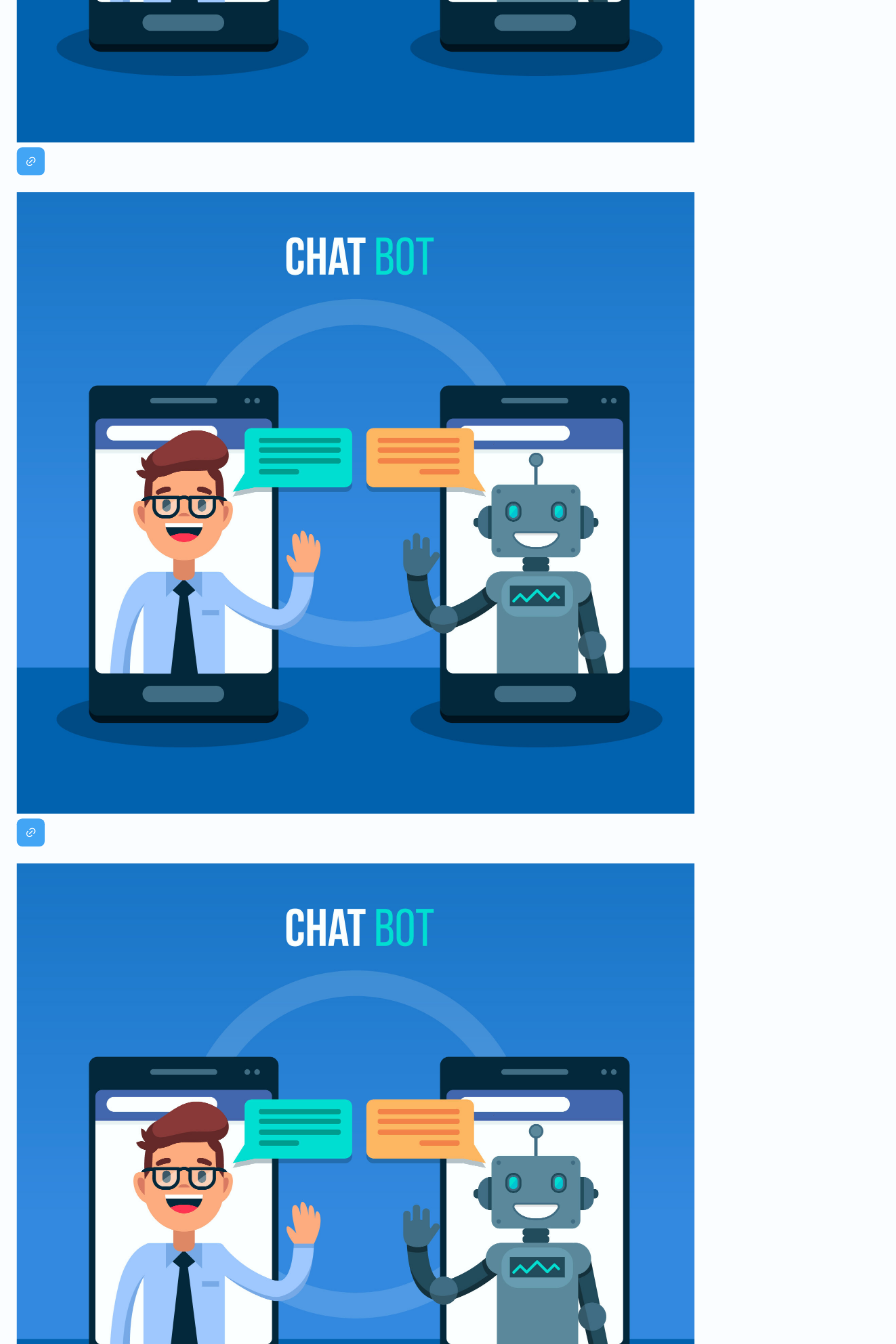
Repository: Kaii-Dev/Porfolio
Page: index.html
An editor plug-in stored every save of this project. The page is shown before and after the next save, followed by the edit.
The browser window is 1280 px wide. The pictures show the part of the page from y = 2139 to 4059 px (the page is 5374 px tall before and 5326 px after), at 70% of full size.
A picture or video elsewhere on the page could not be fetched, so the positions and the page height are approximate. Some web libraries are served in a nearby version.

Above is the page before, as saved 2022-04-12 16:23:34.

### index.html
<!DOCTYPE html>
<html lang="en">
  <head>
    <meta charset="UTF-8" />
    <meta http-equiv="X-UA-Compatible" content="IE=edge" />
    <meta name="viewport" content="width=device-width, initial-scale=1.0" />
    <title>Portfolio</title>
    <link
      href="https://cdn.jsdelivr.net/npm/remixicon@2.2.0/fonts/remixicon.css"
      rel="stylesheet"
    />
    <link rel="stylesheet" href="./Assets/css/app.css" />
  </head>
  <body>
    <!-- HEADER PROFILE -->
    <header class="profile container">
      <div class="profile__container grid">
        <div class="profile__data">
          <div class="profile__border">
            <div class="profile__perfil">
              <img src="./Assets/img/perfil.jpeg" alt="" />
            </div>
          </div>

          <h2 class="profile__name">Khai Le</h2>
          <h3 class="profile__profession">Front-End Developer</h3>
          <ul class="profile__social">
            <a
              href="https://www.linkedin.com/in/le-khai-68b2921b0/"
              target="_blank"
              class="profile__social-link"
            >
              <i class="ri-linkedin-box-line"></i>
            </a>
            <a
              href="https://www.facebook.com/lkakaizy"
              target="_blank"
              class="profile__social-link"
            >
              <i class="ri-facebook-circle-line"></i>
            </a>
            <a
              href="https://github.com/Kaii-Dev"
              target="_blank"
              class="profile__social-link"
            >
              <i class="ri-github-line"></i>
            </a>
          </ul>
        </div>
        <div class="profile__info grid">
          <div class="profile__info group">
            <h3 class="profile__info-number">2</h3>
            <p class="profile__info-description">
              Language <br />
              certification
            </p>
          </div>
          <div class="profile__info group">
            <h3 class="profile__info-number">+10</h3>
            <p class="profile__info-description">
              Completed <br />
              projects
            </p>
          </div>
          <div class="profile__info group">
            <h3 class="profile__info-number">1</h3>
            <p class="profile__info-description">
              University's <br />
              scholarship
            </p>
          </div>
        </div>

        <div class="profile__buttons">
          <!-- insert cv -->
          <a download="" href="./Assets/pdf/" class="button">
            Download CV <i class="ri-download-line"></i>
          </a>

          <div class="profile__buttons-small">
            <!-- insert phone number -->
            <a
              href="tel: 0842454228"
              target="_blank"
              class="button button__small button__gray"
            >
              <i class="ri-phone-line"></i>
            </a>
            <a
              href="https://m.me/lkakaizy"
              target="_blank"
              class="button button__small button__gray"
            >
              <i class="ri-messenger-line"></i>
            </a>
          </div>
        </div>
      </div>
    </header>
    <!-- MAIN -->
    <main class="main">
      <section class="filters container">
        <!-- FILTERS TABS -->
        <ul class="filters__contents">
          <button class="filters__button" data-target="#projects">
            Projects
          </button>
          <button class="filters__button" data-target="#skills">Skills</button>
        </ul>
        <div class="filters__sections">
          <!-- PROJECTS -->
          <div class="projects__content grid" data-content id="projects">
            <article>
              <img src="./Assets/img/pic1.jpeg" alt="" class="projects__img" />
              <div class="projects__modal">
                <div class="">
                  <span class="projects__subtitle"></span>
                  <h3 class="projects__title"></h3>
                  <a href="" class="projects__button button button__small">
                    <i class="ri-link"></i>
                  </a>
                </div>
              </div>
            </article>

            <article>
              <img src="./Assets/img/pic1.jpeg" alt="" class="projects__img" />
              <div class="projects__modal">
                <div class="">
                  <span class="projects__subtitle"></span>
                  <h3 class="projects__title"></h3>
                  <a href="" class="projects__button button button__small">
                    <i class="ri-link"></i>
                  </a>
                </div>
              </div>
            </article>

            <article>
              <img src="./Assets/img/pic1.jpeg" alt="" class="projects__img" />
              <div class="projects__modal">
                <div class="">
                  <span class="projects__subtitle"></span>
                  <h3 class="projects__title"></h3>
                  <a href="" class="projects__button button button__small">
                    <i class="ri-link"></i>
                  </a>
                </div>
              </div>
            </article>

            <article>
              <img src="./Assets/img/pic1.jpeg" alt="" class="projects__img" />
              <div class="projects__modal">
                <div class="">
                  <span class="projects__subtitle">Web</span>
                  <h3 class="projects__title">
                     Music Player</h3>
                  <a href="https://kaii-dev.github.io/Music-player/" class="projects__button button button__small">
                    <i class="ri-link"></i>
                  </a>
                </div>
              </div>
            </article>

            <article>
              <img src="./Assets/img/pic1.jpeg" alt="" class="projects__img" />
              <div class="projects__modal">
                <div class="">
                  <span class="projects__subtitle">Web</span>
                  <h3 class="projects__title">Covid ChatBot</h3>
                  <a href="" class="projects__button button button__small">
                    <i class="ri-link"></i>
                  </a>
                </div>
              </div>
            </article>
          </div>
          <!-- SKILLS -->
          <div class="skills__content grid" data-content id="skills"></div>
        </div>
      </section>
    </main>
    <!-- FOOTER -->
    <footer class="footer container"></footer>
    <!-- SCROLL REVEAL -->
    <script src="./Assets/js/app.js"></script>
  </body>
</html>

### Assets/css/app.css
/* GOOGLE FONT */
@import url("https://fonts.googleapis.com/css2?family=Poppins:wght@400;500;600&display=swap");
/* VAR CSS */
:root {
  --hue: 207;
  --sat: 90%;
  --lig: 61%;

  --first-color: hsl(var(--hue), var(--sat), var(--lig));
  --first-color-alt: hsl(var(--hue), var(--sat), 57%);
  --title-color: hsl(var(--hue), 12%, 15%);
  --text-color: hsl(var(--hue), 12%, 45%);
  --text-color-light: hsl(var(--hue), 8%, 75%);
  --text-color-lighten: hsl(var(--hue), 8%, 92%);
  --body-color: hsl(var(--hue), 100%, 99%);
  --container-color: #fff;
  /* font and typography */
  --body-font: "Poppins", sans-serif;
  --h2-font-size: 1.25rem;
  --h3-font-size: 1rem;
  --normal-font-size: 0.938rem;
  --small-font-size: 0.813rem;
  --smaller-font-size: 0.75rem;
}

/* responsive  */
@media screen and (min-width: 986px) {
  :root {
    --h2-font-size: 1.5rem;
    --h3-font-size: 1.25rem;
    --normal-font-size: 1rem;
    --small-font-size: 0.875rem;
    --smaller-font-size: 0.813rem;
  }
}
/*  CSS */
*,
*::before,
*::after {
  box-sizing: border-box;
}
* {
  margin: 0;
}

* {
  box-sizing: border-box;
  padding: 0;
  margin: 0;
}

body {
  font-family: var(--body-font);
  font-size: var(--normal-font-size);
  background-color: var(--body-color);
  color: var(--text-color);
  transition: 0.3s; /* For animation dark mode */
}

h1,
h2,
h3 {
  color: var(--title-color);
  font-weight: 600;
}

ul {
  list-style: none;
}

a {
  text-decoration: none;
}

img {
  max-width: 100%;
  height: auto;
}

/* REUSEBALE CSS */

.container {
  max-width: 968px;
  margin-left: 1.5rem;
  margin-right: 1.5rem;
}
.grid {
  display: grid;
  gap: 1.5rem;
}

/* PROFILE */
.profile {
  position: relative;
  padding-top: 3.5rem;
}

.profile__container {
  row-gap: 2rem;
}

.profile__data {
  display: grid;
  text-align: center;
}

.profile__perfil {
  width: 100px;
  height: 100px;
  background: linear-gradient(
    180deg,
    hsla(var(--hue), var(--sat), var(--lig), 1) 0%,
    hsla(var(--hue), var(--sat), var(--lig), 0.2) 100%
  );
  border-radius: 50%;
  overflow: hidden;
  display: flex;
  align-items: flex-end;
  justify-content: center;
}

.profile__perfil img {
  width: 75px;
}

.profile__border {
  border: 3.5px solid var(--first-color);
  justify-self: center;
  border-radius: 50%;
  display: grid;
  place-items: center;
  margin-bottom: 0.75rem;
}

.profile__name {
  font-size: var(--h2-font-size);
}
.profile__profession {
  font-size: var(--smaller-font-size);
  font-weight: 500;
  color: var(--text-color);
  margin-bottom: 1rem;
}

.profile__social {
  display: flex;
  justify-content: center;
  column-gap: 0.75rem;
  padding: 0 0 0 0px;
}

.profile__social-link {
  font-size: 1.25rem;
  color: var(--title-color);
  transition: 0.3s;
}
.profile__social-link:hover {
  color: var(--first-color);
}

.profile__info {
  grid-template-columns: repeat(3, max-content);
  justify-content: center;
  column-gap: 2.5rem;
}

.profile__info-group {
  font-size: var(--normal-font-size);
  margin-bottom: 0.25rem;
}

.profile__info-description {
  font-size: var(--smaller-font-size);
  font-weight: 500;
}
.profile__buttons,
.profile__buttons-small {
  display: flex;
  align-items: center;
  justify-content: center;
}

.profile__buttons {
  column-gap: 1rem;
}
.profile__buttons-small {
  column-gap: 0.25rem;
}
/* BUTTONS */

.button {
  display: inline-flex;
  align-items: center;
  column-gap: 0.5rem;
  background-color: var(--first-color);
  color: #fff;
  padding: 1.15rem 1.5rem;
  border-radius: 0.5rem;
  transition: 0.3s;
  box-shadow: 0 8px 24px hsla(var(--hue), var(--sat), var(--lig), 0.25);
}

.button:hover {
  background-color: var(--first-color-alt);
}

.button__small {
  padding: 0.75rem;
  box-shadow: none;
}

.button__gray {
  background-color: var(--text-color-lighten);
  color: var(--title-color);
}

.button__gray:hover {
  background-color: var(--text-color-ligh);
  color: var(--title-color);
}

Loaded but not shown: Assets/js/app.js (no copy from this time; the picture is the same without it)

After the next save:
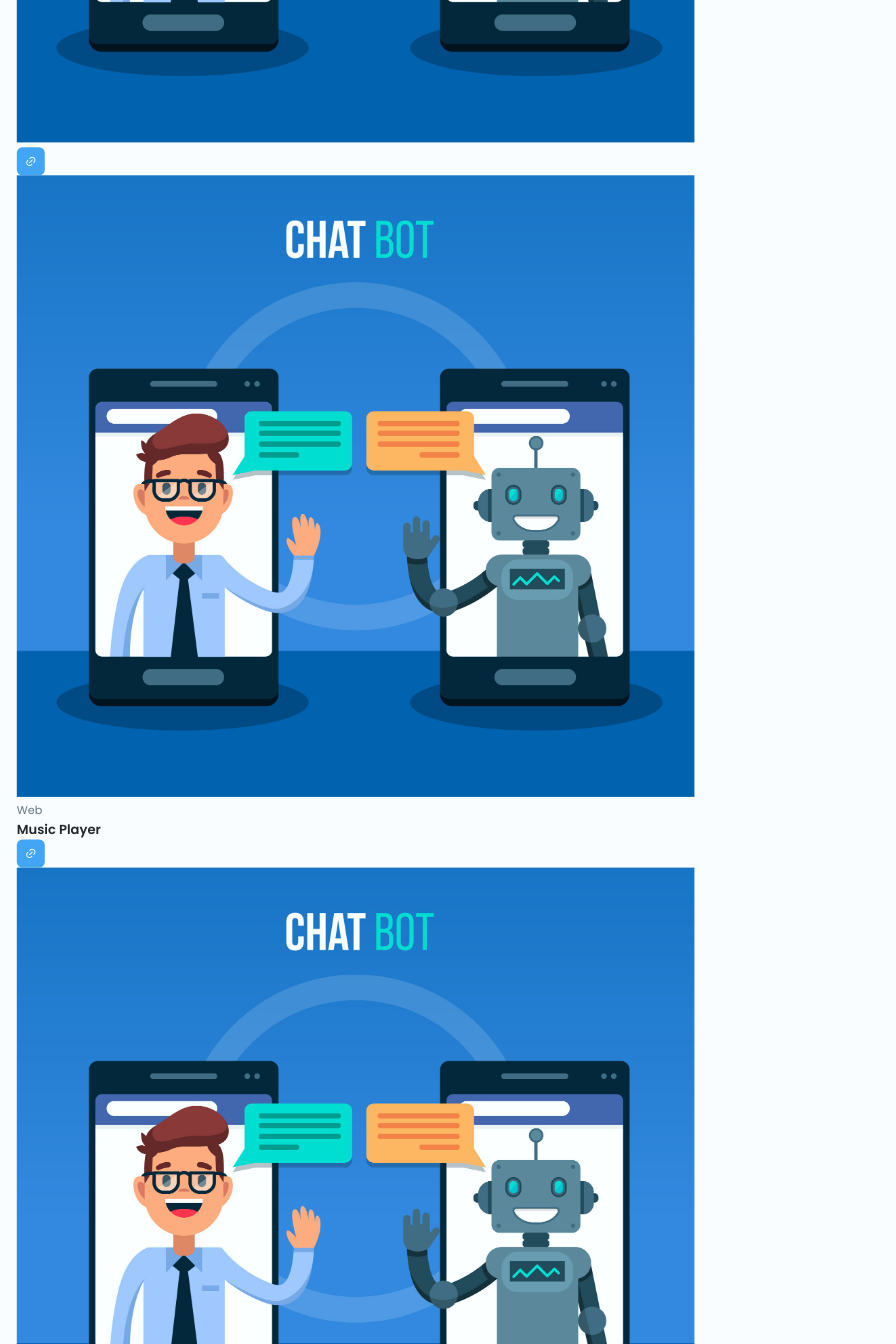
Saved 24 s later.
--- a/index.html
+++ b/index.html
@@ -135,6 +135,32 @@
                   </a>
                 </div>
               </div>
+              <article>
+                <img src="./Assets/img/pic1.jpeg" alt="" class="projects__img" />
+                <div class="projects__modal">
+                  <div class="">
+                    <span class="projects__subtitle">Web</span>
+                    <h3 class="projects__title">
+                       Music Player</h3>
+                    <a href="https://kaii-dev.github.io/Music-player/" class="projects__button button button__small">
+                      <i class="ri-link"></i>
+                    </a>
+                  </div>
+                </div>
+              </article>
+
+              <article>
+                <img src="./Assets/img/pic1.jpeg" alt="" class="projects__img" />
+                <div class="projects__modal">
+                  <div class="">
+                    <span class="projects__subtitle">Web</span>
+                    <h3 class="projects__title">Covid ChatBot</h3>
+                    <a href="" class="projects__button button button__small">
+                      <i class="ri-link"></i>
+                    </a>
+                  </div>
+                </div>
+              </article>
             </article>
 
             <article>
@@ -150,32 +176,6 @@
               </div>
             </article>
 
-            <article>
-              <img src="./Assets/img/pic1.jpeg" alt="" class="projects__img" />
-              <div class="projects__modal">
-                <div class="">
-                  <span class="projects__subtitle">Web</span>
-                  <h3 class="projects__title">
-                     Music Player</h3>
-                  <a href="https://kaii-dev.github.io/Music-player/" class="projects__button button button__small">
-                    <i class="ri-link"></i>
-                  </a>
-                </div>
-              </div>
-            </article>
-
-            <article>
-              <img src="./Assets/img/pic1.jpeg" alt="" class="projects__img" />
-              <div class="projects__modal">
-                <div class="">
-                  <span class="projects__subtitle">Web</span>
-                  <h3 class="projects__title">Covid ChatBot</h3>
-                  <a href="" class="projects__button button button__small">
-                    <i class="ri-link"></i>
-                  </a>
-                </div>
-              </div>
-            </article>
           </div>
           <!-- SKILLS -->
           <div class="skills__content grid" data-content id="skills"></div>
